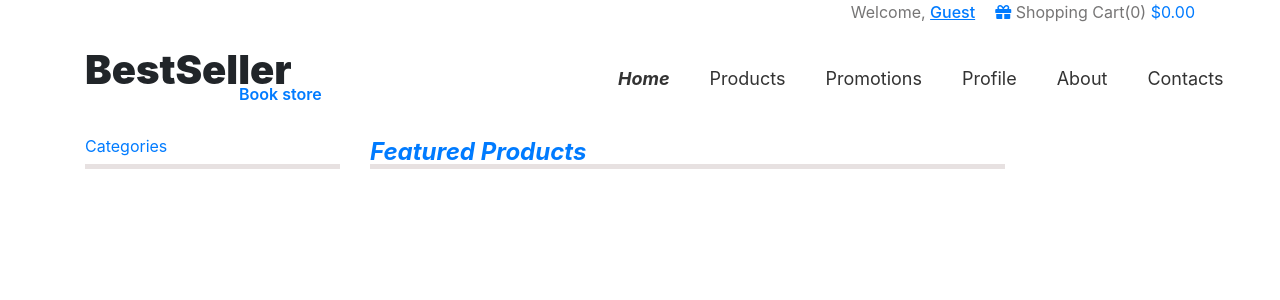
Repository: phunobi1807/BestSeller
Page: index.html
An editor plug-in stored every save of this project. The page is shown before and after the next save, followed by the edit.
The browser window is 1280 px wide. The pictures show the whole page.

Above is the page before, as saved 2021-06-28 23:02:20.

After the next save:
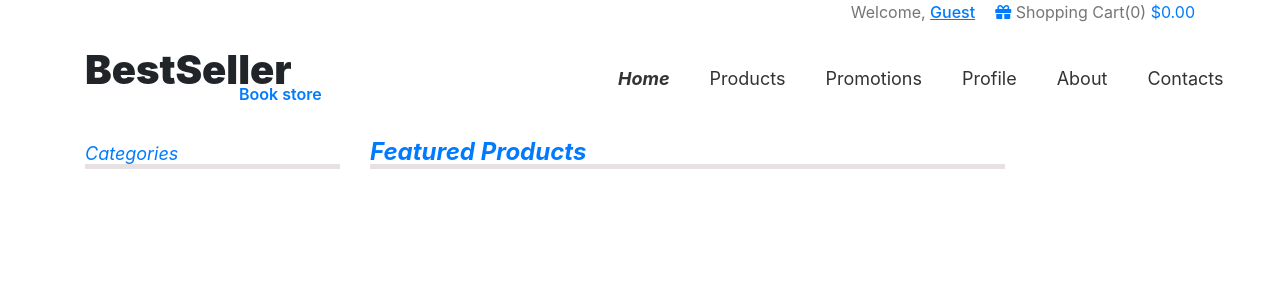
Saved 64 s later.
--- a/css/style.css
+++ b/css/style.css
@@ -82,6 +82,9 @@ html {
 .side-bar__title {
     position: relative;
     color: var(--color-primary);
+    line-height: 40px;
+    font-size: 18px;
+    font-style: italic;
 }
 
 .product__title {
